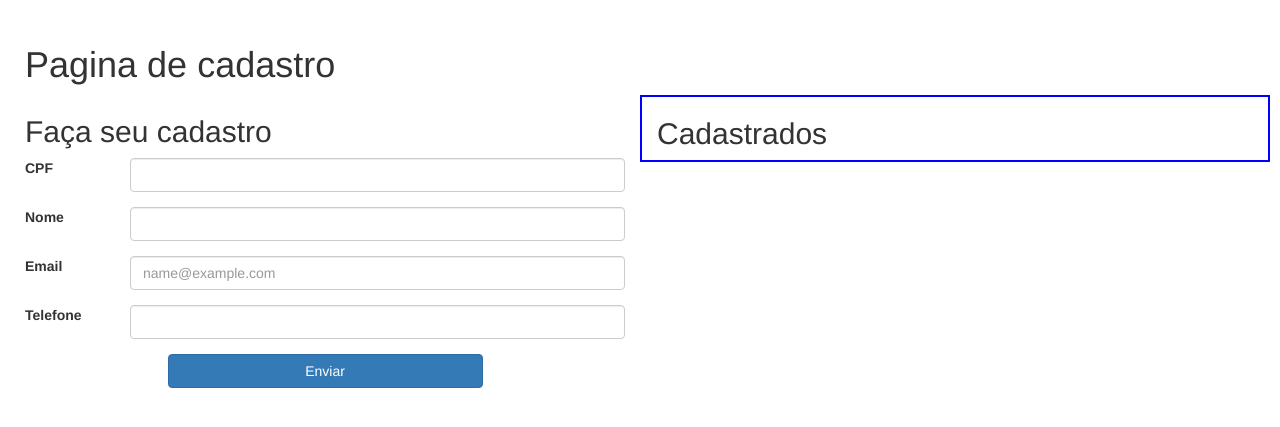
Repository: NicholasMaestrello/treinamento-impacta
Page: http://localhost/02_EmpresaRH/trabalhe_conosco.html
An editor plug-in stored every save of this project. The page is shown before and after the next save, followed by the edit.
The browser window is 1280 px wide. The pictures show the whole page.
Some web libraries are served in a nearby version. The page is served by Tomcat 9.

Above is the page before, as saved 2017-10-23 19:15:41.

### DesenvolvimentoJava/Modulo06/02_EmpresaRH/WebContent/trabalhe_conosco.html
<!DOCTYPE html>
<html>
<head>
<meta charset="UTF-8" />
<meta name="viewport" content="width=device-width, initial-scale=1.0" />
<title>trabalhe conosco</title>
<link rel="stylesheet" href="https://maxcdn.bootstrapcdn.com/bootstrap/3.3.7/css/bootstrap.min.css">
<link rel="stylesheet" href="css/trabalhe_conosco.css">
</head>
<body>
	<h1>Pagina de cadastro</h1>
	<div class="row">
		<form class="col-sm-6">
		<h2>Faça seu cadastro</h2>
			<div class="form-group row">
				<label for="cpf" class="col-sm-2">CPF</label>
				<div class="col-sm-10">
					<input type="email" class="form-control" id="cpf" name="cpf" />
				</div>
			</div>
			<div class="form-group row">
				<label for="nome" class="col-sm-2">Nome</label>
				<div class="col-sm-10">
					<input type="email" class="form-control" id="nome" name="nome" />
				</div>
			</div>
			<div class="form-group row">
				<label for="email" class="col-sm-2">Email</label>
				<div class="col-sm-10">
					<input type="email" class="form-control" id="email" name="email"
						placeholder="name@example.com">
				</div>
			</div>
			<div class="form-group row">
				<label for="telefone" class="col-sm-2">Telefone</label>
				<div class="col-sm-10">
					<input type="tel" class="form-control" id="telefone"
						name="telefone" />
				</div>
			</div>
			<div class="form-group row">
				<div class="col-sm-3"></div>
				<button id="enviar" type="button" class="btn btn-primary col-sm-6 col-xs-12">Enviar</button>
			</div>
		</form>
		<div class="col-sm-6 cadastrados">
			<h2>Cadastrados</h2>
			<ul id="listaCadastrados"></ul>
		</div>
	</div>
	<script type="text/javascript"
		src="https://code.jquery.com/jquery-3.2.1.min.js"></script>
	<script
		src="https://maxcdn.bootstrapcdn.com/bootstrap/3.3.7/js/bootstrap.min.js"></script>
	<script src="trabalhe.js" type="text/javascript"></script>
</body>
</html>

### DesenvolvimentoJava/Modulo06/02_EmpresaRH/WebContent/css/trabalhe_conosco.css
body {
	clear: both;
	padding: 25px;
}

.margin-image{
	margin: 10px;
}

.footer{
	bottom:0;
	width: 100%;
	text-align: center;
	padding: 20px;
	background-color: #7F7F7F;
	color: white;
}

.cadastrados{
	border: 2px solid blue;
}

### DesenvolvimentoJava/Modulo06/02_EmpresaRH/WebContent/trabalhe.js
$(document).ready(function(){
	let request, db;

	// abrindo ou cirando o banco de dados

	request = window.indexedDB.open("DBCandidatos");

	// eventos usados ao abrir o banco de dadeos

	request.onerror = function(event) {
		//$("#mensagemdb").html("Erro ao abrir o banco de dados");
		console.log("Erro ao abrir o banco de dados")
	}

	request.onsuccess = function(event) {
		//$("#mensagemdb").html("Banco de dados aberto com sucesso");
		console.log("Banco de dados aberto com sucesso")
		db = event.target.result;
		listar();
	}

	request.onupgradeneeded = function(event){
		//$("#mensagemdb").html("Banco de dados preparado");
		console.log("Banco de dadeos preparado")
		db = event.target.result;
		let objectStore = db.createObjectStore("candidatos", {keyPath: "cpf"})
	}


	$("#enviar").click(function(){
		let cpf = $("#cpf").val();
		let nome = $("#nome").val();
		let telefone = $("#telefone").val();
		let email = $("#email").val();

		let transaction = db.transaction(["candidatos"], "readwrite");
		transaction.oncomplete = function(event){
			$("#mensagemdb").html("registro incluido");
		}
		transaction.onerror = function(event){
			$("#mensagemdb").html("ocorreu um erro");
		}
		let objectStore = transaction.objectStore("candidatos");
		objectStore.add({cpf, nome, telefone, email});
		listar()
	})

	function listar() {
		let lista = $("#listaCadastrados");
		while(lista.firstChild) lista.removeChild(lista.firstChild)
		console.log("entrou no listar");
		let transaction = db.transaction(["candidatos"], "readonly");
		let objectStore = transaction.objectStore("candidatos");
		objectStore.openCursor().onsuccess = function(event){
			let cursor = event.target.result;
			if(cursor){
				$("#listaCadastrados").append(`<li> ${cursor.value.nome}</li>`);
				cursor.continue();
			}
		}
	}

})

After the next save:
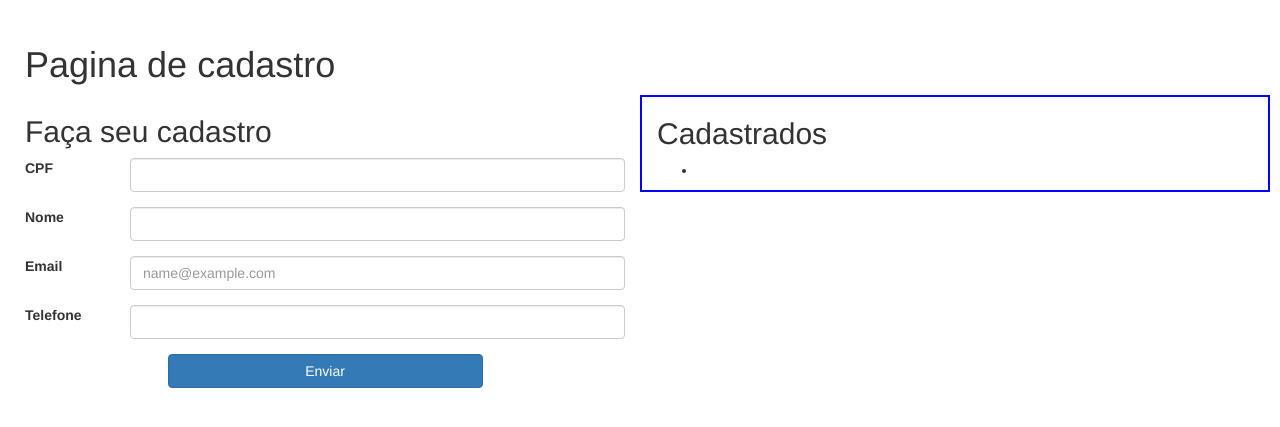
Saved 20 h 0 min later.
--- a/DesenvolvimentoJava/Modulo06/02_EmpresaRH/WebContent/trabalhe.js
+++ b/DesenvolvimentoJava/Modulo06/02_EmpresaRH/WebContent/trabalhe.js
@@ -46,8 +46,9 @@ $(document).ready(function(){
 	})
 
 	function listar() {
-		let lista = $("#listaCadastrados");
-		while(lista.firstChild) lista.removeChild(lista.firstChild)
+		$("#listaCadastrados").html("<li></li>")
+		//let lista = $("#listaCadastrados");
+		//while(lista.firstChild) lista.removeChild(lista.firstChild)
 		console.log("entrou no listar");
 		let transaction = db.transaction(["candidatos"], "readonly");
 		let objectStore = transaction.objectStore("candidatos");
